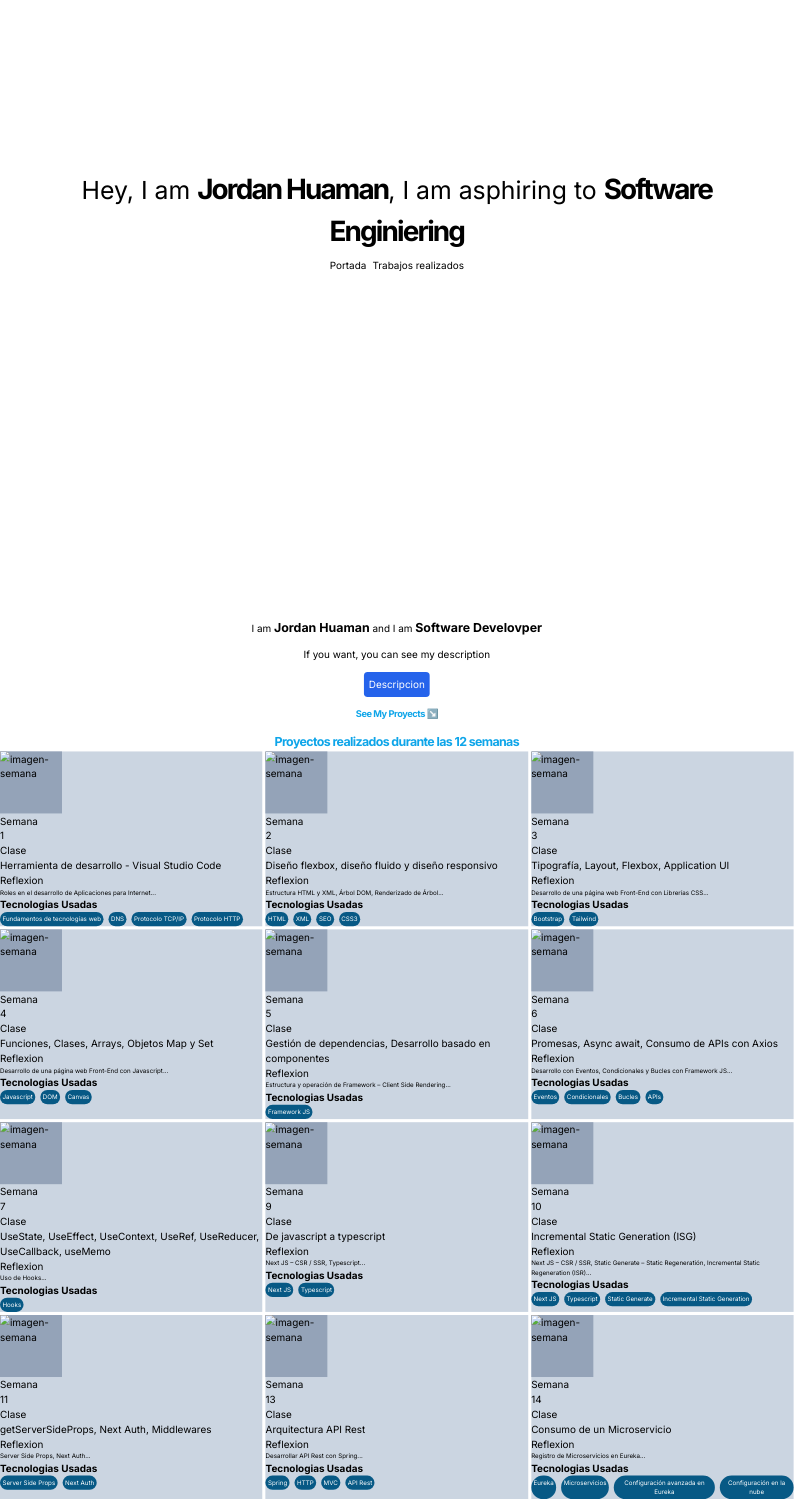
Repository: devsecops-node/portafolio-nextj-pages
Page: /
An editor plug-in stored every save of this project. The page is shown before and after the next save, followed by the edit.
The browser window is 1280 px wide. The pictures show the whole page, at 62% of full size.
The project was rebuilt for these pictures with package versions that can differ from the ones it lists, and the page was loaded fresh each time. The framework's server and built-in components were replaced by stand-ins that run in the browser. Also part of the build but not shown: next.config.js, src/components/Modal.jsx, src/styles/transitionPage.module.css.

Above is the page before, as saved 2024-01-15 04:53:14.

After the next save:
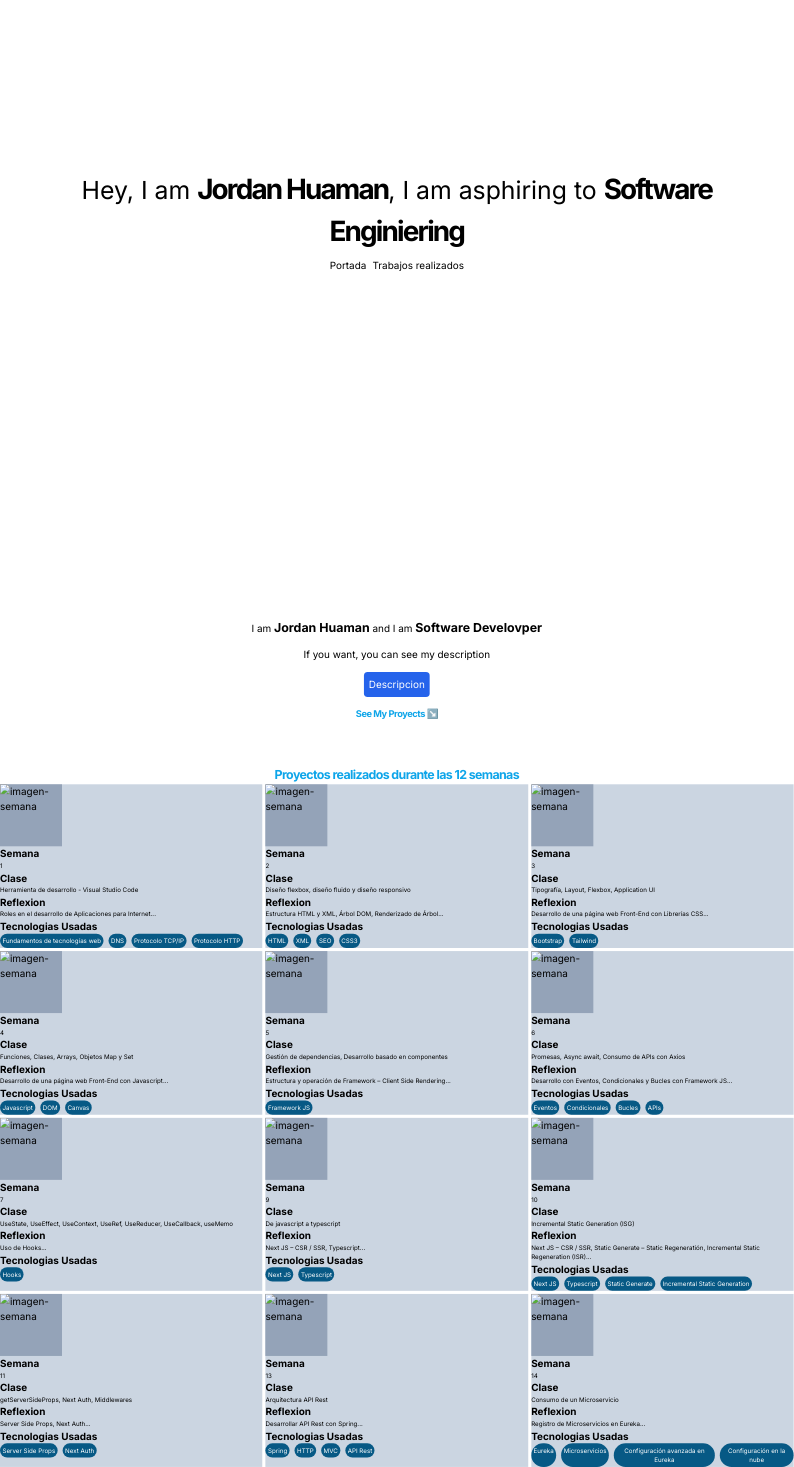
Saved 34 s later.
--- a/src/components/Card.jsx
+++ b/src/components/Card.jsx
@@ -5,15 +5,15 @@ const Card = ({ proyect }) => {
     <section className='bg-slate-300'>
       <img src="" alt="imagen-semana" width={100} height={100} className='bg-slate-400' />
       <div>
-        <p>Semana</p>
-        <p className=''>{proyect.semana}</p>
+        <p className='font-bold'>Semana</p>
+        <p className='text-[10px]'>{proyect.semana}</p>
       </div>
       <div>
-        <p>Clase</p>
-        <p className=''>{proyect.resumen_de_clase}</p>
+        <p className='font-bold'>Clase</p>
+        <p className='text-[10px]'>{proyect.resumen_de_clase}</p>
       </div>
       <div>
-        <p>Reflexion</p>
+        <p className='font-bold'>Reflexion</p>
         <p className='text-[10px]'>{proyect.reflexion}...</p>
       </div>
       <div>
